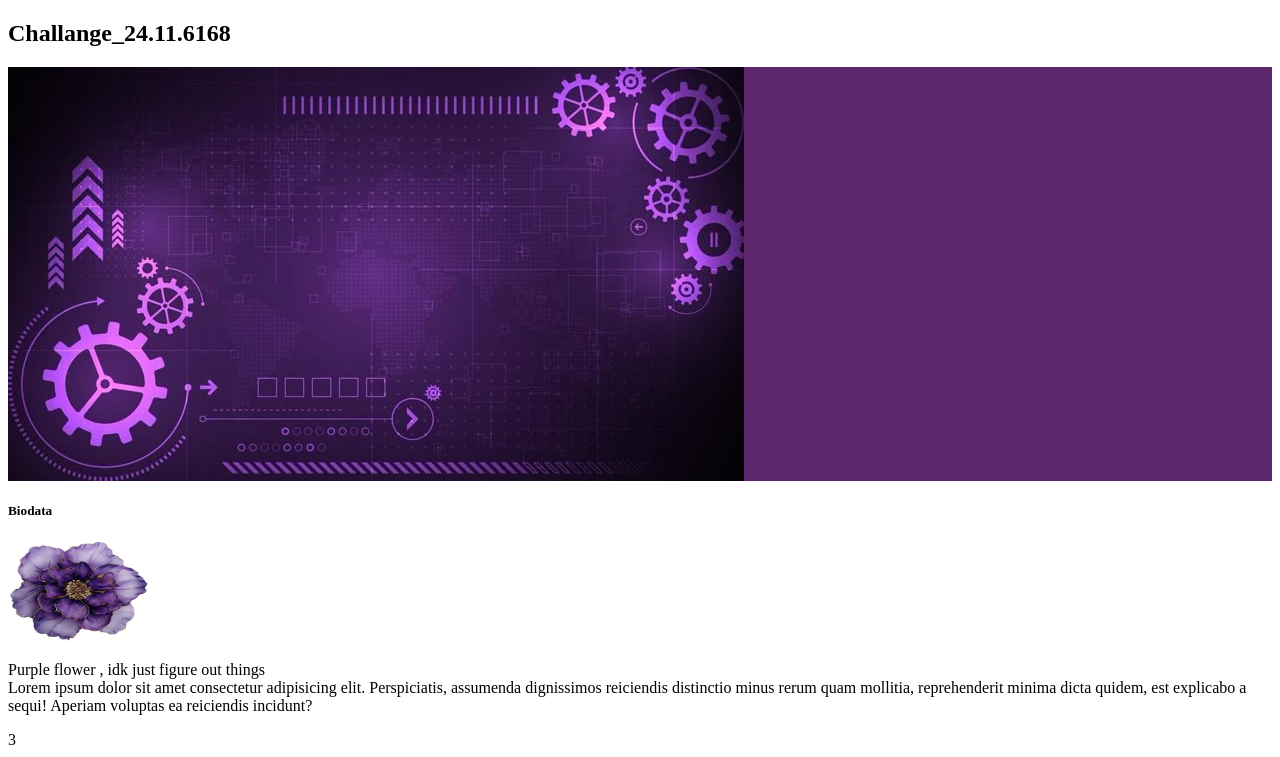
Repository: Ms-Ulfiyahrustam/p5_pemogramanweb
Page: index.html
These files come from the project's save history. The page is drawn as it stood at one moment and after the next save; the edit follows.
The browser window is 1280 px wide. The pictures show the whole page.

Above is the page before, as saved 2026-04-27 09:18:08.

### index.html
<!DOCTYPE html>
<html lang="en">
<head>
    <meta charset="UTF-8">
    <meta name="viewport" content="width=device-width, initial-scale=1.0">
    <link rel="stylesheet" href="style.css">
    <title>Document</title>
</head>
<body class="">
    <h2>Challange_24.11.6168</h2>
    <div class="flex-container">
        <img src="download.jpg" alt="">
    </div>
    <div >
        <h5>Biodata</h5>
        <img src="purple.jpg" alt="" width="140" height="100" >
        <p>Purple flower , idk just figure out things <br>
            Lorem ipsum dolor sit amet consectetur adipisicing elit. Perspiciatis, assumenda dignissimos reiciendis
            distinctio minus rerum quam mollitia, reprehenderit minima dicta quidem, est explicabo a sequi! Aperiam voluptas ea reiciendis incidunt? <br>
        </p>
    </div>
    <div>3</div>
</body>
</html>

### style.css


.flex-container > div {
    background-color : white;
    margin: 10px;
    padding: 20px;
    font-size: 30;
}


.flex-container{
    display: flex;
    background-color: rgb(95, 40, 109);
    margin: auto;
}

After the next save:
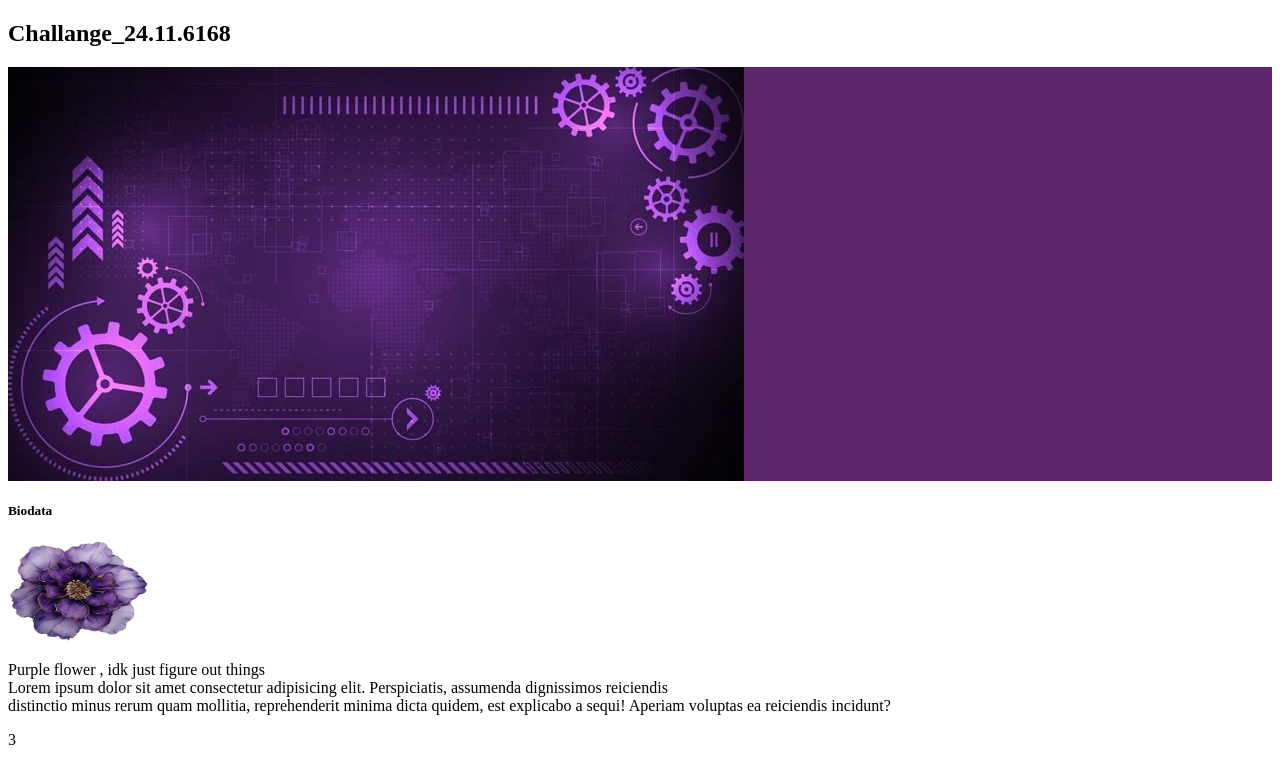
Saved 6 s later.
--- a/index.html
+++ b/index.html
@@ -15,7 +15,7 @@
         <h5>Biodata</h5>
         <img src="purple.jpg" alt="" width="140" height="100" >
         <p>Purple flower , idk just figure out things <br>
-            Lorem ipsum dolor sit amet consectetur adipisicing elit. Perspiciatis, assumenda dignissimos reiciendis
+            Lorem ipsum dolor sit amet consectetur adipisicing elit. Perspiciatis, assumenda dignissimos reiciendis  <br>
             distinctio minus rerum quam mollitia, reprehenderit minima dicta quidem, est explicabo a sequi! Aperiam voluptas ea reiciendis incidunt? <br>
         </p>
     </div>
